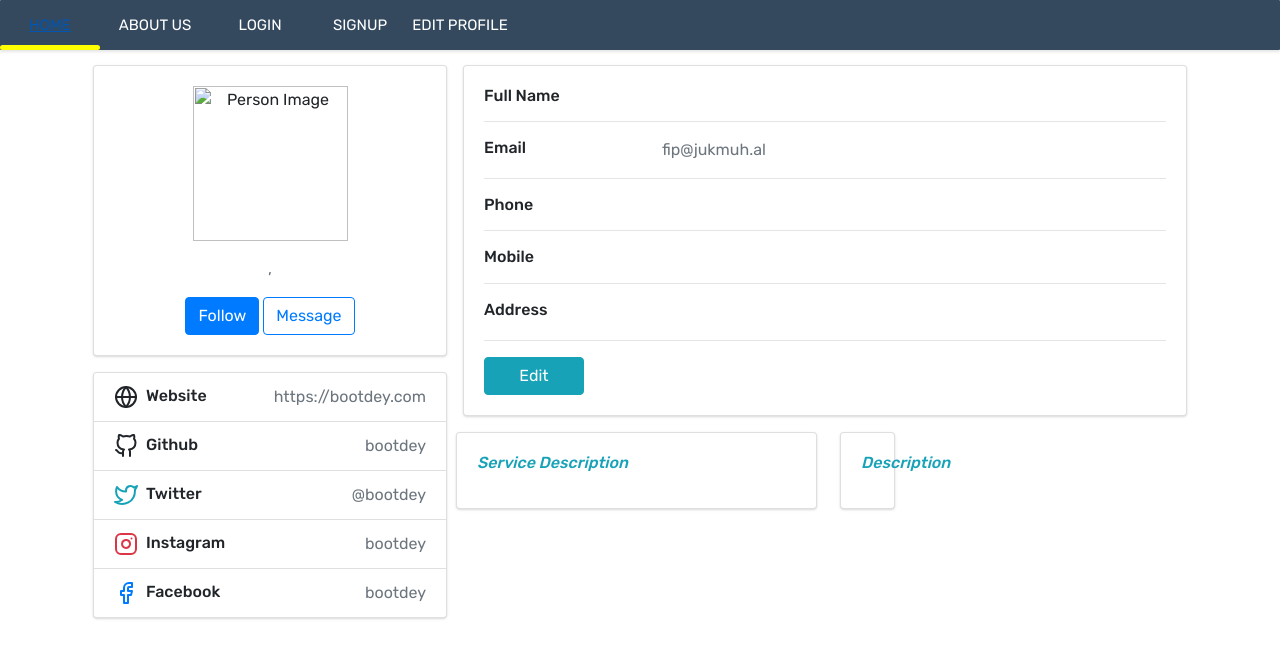
Repository: Chitti-g-k/Paw-Takers
Page: templates/profilepage.html
These files come from the project's save history. The page is drawn as it stood at one moment and after the next save; the edit follows.
The browser window is 1280 px wide. The pictures show the whole page.
The template is drawn by Django 4.2. The application's start-up code is not run. Other server files are loaded and not shown. The template is opened directly, without the code that normally fills it, so the values that code supplies are empty.

Above is the page before, as saved 2023-07-16 08:45:54.

### templates/profilepage.html
<html>
    <head>
        <meta name="viewport" content="width=device-width, initial-scale=1.0">
    <title>Profile Page</title>

    <style>
        @import url('https://fonts.googleapis.com/css?family=Rubik:300,400,500&display=swap');
        *{
            margin: 0;
            padding: 0;
            box-sizing: border-box;
            font-family:'Rubik',sans-serif;
        }
        body{
            display: flex;
            justify-content: center;
            align-self:center ;
            min-height: 100vh;
            background:  #808080;
        }

        nav{
        position: fixed; /* Change position to fixed */
        top: 0; /* Position it at the top */
        left: 0; /* Align it to the left */
        width: 100%; /* Make it full width */
        height: 50px;
        background: #34495e;
        border-radius: 1px;
        font-size: 0;
        box-shadow: 0 2px 3px 0 rgba(0,0,0,0.1);
        z-index: 100; /* Add a higher z-index to keep it above other elements */
    }

    /* Rest of the CSS styles remain the same */
    nav a {
        font-size: 15px;
        text-transform: uppercase;
        color: white;
        text-decoration: none;
        line-height: 50px;
        position: relative;
        z-index: 1;
        display: inline-block;
        text-align: center;
    }
    nav .animation {
        position: absolute;
        height: 5px;
        bottom: 0;
        z-index: 0;
        background: yellow;
        transition: all .5s ease 0s;
        border-radius: 8px;
    }
    a:nth-child(1) {
        width: 100px;
    }
    nav .start-home,a:nth-child(1):hover~.animation {
        width: 100px;
        left: 0;
    }
    a:nth-child(2) {
        width: 110px;
    }
    nav .start-about,a:nth-child(2):hover~.animation {
        width: 110px;
        left: 100px;
    }
    a:nth-child(3) {
        width: 100px;
    }
    nav .start-login,a:nth-child(3):hover~.animation {
        width: 100px;
        left: 210px;
    }
    a:nth-child(4) {
        width: 100px;
    }
    nav .start-signup,a:nth-child(4):hover~.animation {
        width: 160px;
        left: 250px;
    }
    a:nth-child(5) {
        width: 100px;
    }
    nav .start-signup,a:nth-child(5):hover~.animation {
        width: 160px;
        left: auto;
        right:0px;
    }

    h3{
        font-weight:300;
    }

    h5{
        font-weight:200;
    }

    </style>
    <link rel="stylesheet" href="https://cdnjs.cloudflare.com/ajax/libs/font-awesome/5.15.3/css/all.min.css" integrity="sha512-VRRNWyOP0SZCGkUFsm9Uf7PvF9ERBzv6JeMQ4oIhl2e9J7e3aOuf7Qf3RQt6AzomTsbqyj0F7I3NzcewDfSaxw==" crossorigin="anonymous" referrerpolicy="no-referrer" />

    </head>


<body>
    <nav>
        <a href="/display">Home</a>
        <a href="/">About Us</a>
        <a href="{% url 'account_login'%}">Login</a>
        <a href="{% url 'account_signup' %}">SignUp</a>
        <a href="{% url 'caretaker:profile-edit' profile.pk %}">Edit Profile</a>


        <div class="animation start-home"></div>

    </nav>
    <br>
    <br>
    <style>
        body{
            margin-top:20px;
            color: #1a202c;
            text-align: left;
            background-color: #e2e8f0;
        }
        .main-body {
            padding: 15px;
        }
        .card {
            box-shadow: 0 1px 3px 0 rgba(0,0,0,.1), 0 1px 2px 0 rgba(0,0,0,.06);
        }

        .card {
            position: relative;
            display: flex;
            flex-direction: column;
            min-width: 0;
            word-wrap: break-word;
            background-color: #fff;
            background-clip: border-box;
            border: 0 solid rgba(0,0,0,.125);
            border-radius: .25rem;
        }
        .container{
            margin-top:50px;
        }
        .card-body {
            flex: 1 1 auto;
            min-height: 1px;
            padding: 1rem;
        }

        .gutters-sm {
            margin-right: -8px;
            margin-left: -8px;
        }

        .gutters-sm>.col, .gutters-sm>[class*=col-] {
            padding-right: 8px;
            padding-left: 8px;
        }
        .mb-3, .my-3 {
            margin-bottom: 1rem!important;
        }

        .bg-gray-300 {
            background-color: #e2e8f0;
        }
        .h-100 {
            height: 100%!important;
        }
        .shadow-none {
            box-shadow: none!important;
        }
        .key-value {
            display: flex;
            justify-content: space-between;
            margin-bottom: 10px;
            font-family: "Helvetica Neue", Arial, sans-serif;
        }

        .key {
            font-weight: bolder;
            font-size: 13px;
            text-transform: uppercase;
            letter-spacing: 1px;
            color: #333;
        }
        .value{
            font-size: 11px;
            font-style: italic;
            color: #666;
        }
    </style>
    <body>
        <link rel="stylesheet" href="https://cdn.jsdelivr.net/npm/bootstrap@4.4.1/dist/css/bootstrap.min.css" integrity="sha384-Vkoo8x4CGsO3+Hhxv8T/Q5PaXtkKtu6ug5TOeNV6gBiFeWPGFN9MuhOf23Q9Ifjh" crossorigin="anonymous">
        <script src="https://code.jquery.com/jquery-3.4.1.slim.min.js" integrity="sha384-J6qa4849blE2+poT4WnyKhv5vZF5SrPo0iEjwBvKU7imGFAV0wwj1yYfoRSJoZ+n" crossorigin="anonymous"></script>
        <script src="https://cdn.jsdelivr.net/npm/popper.js@1.16.0/dist/umd/popper.min.js" integrity="sha384-Q6E9RHvbIyZFJoft+2mJbHaEWldlvI9IOYy5n3zV9zzTtmI3UksdQRVvoxMfooAo" crossorigin="anonymous"></script>
        <script src="https://cdn.jsdelivr.net/npm/bootstrap@4.4.1/dist/js/bootstrap.min.js" integrity="sha384-wfSDF2E50Y2D1uUdj0O3uMBJnjuUD4Ih7YwaYd1iqfktj0Uod8GCExl3Og8ifwB6" crossorigin="anonymous"></script>

        <div class="container">
            <div class="main-body">


                  <div class="row gutters-sm">
                    <div class="col-md-4 mb-3">
                      <div class="card">
                        <div class="card-body">
                          <div class="d-flex flex-column align-items-center text-center">
                            <img src="{{ profile.image.url }}" alt="Person Image" class="image" class="rounded" width="155px">
                            <div class="mt-3">
                                {% if profile.name %}
                        <h5 class="py-4">{{ profile.name }}
                    {% endif %}


                              <p class="text-muted font-size-sm">{{ profile.city }},{{ profile.state }}</p>
                              <button class="btn btn-primary">Follow</button>
                              <button class="btn btn-outline-primary">Message</button>
                            </div>
                          </div>
                        </div>
                      </div>
                      <div class="card mt-3">
                        <ul class="list-group list-group-flush">
                          <li class="list-group-item d-flex justify-content-between align-items-center flex-wrap">
                            <h6 class="mb-0"><svg xmlns="http://www.w3.org/2000/svg" width="24" height="24" viewBox="0 0 24 24" fill="none" stroke="currentColor" stroke-width="2" stroke-linecap="round" stroke-linejoin="round" class="feather feather-globe mr-2 icon-inline"><circle cx="12" cy="12" r="10"></circle><line x1="2" y1="12" x2="22" y2="12"></line><path d="M12 2a15.3 15.3 0 0 1 4 10 15.3 15.3 0 0 1-4 10 15.3 15.3 0 0 1-4-10 15.3 15.3 0 0 1 4-10z"></path></svg>Website</h6>
                            <span class="text-secondary">https://bootdey.com</span>
                          </li>
                          <li class="list-group-item d-flex justify-content-between align-items-center flex-wrap">
                            <h6 class="mb-0"><svg xmlns="http://www.w3.org/2000/svg" width="24" height="24" viewBox="0 0 24 24" fill="none" stroke="currentColor" stroke-width="2" stroke-linecap="round" stroke-linejoin="round" class="feather feather-github mr-2 icon-inline"><path d="M9 19c-5 1.5-5-2.5-7-3m14 6v-3.87a3.37 3.37 0 0 0-.94-2.61c3.14-.35 6.44-1.54 6.44-7A5.44 5.44 0 0 0 20 4.77 5.07 5.07 0 0 0 19.91 1S18.73.65 16 2.48a13.38 13.38 0 0 0-7 0C6.27.65 5.09 1 5.09 1A5.07 5.07 0 0 0 5 4.77a5.44 5.44 0 0 0-1.5 3.78c0 5.42 3.3 6.61 6.44 7A3.37 3.37 0 0 0 9 18.13V22"></path></svg>Github</h6>
                            <span class="text-secondary">bootdey</span>
                          </li>
                          <li class="list-group-item d-flex justify-content-between align-items-center flex-wrap">
                            <h6 class="mb-0"><svg xmlns="http://www.w3.org/2000/svg" width="24" height="24" viewBox="0 0 24 24" fill="none" stroke="currentColor" stroke-width="2" stroke-linecap="round" stroke-linejoin="round" class="feather feather-twitter mr-2 icon-inline text-info"><path d="M23 3a10.9 10.9 0 0 1-3.14 1.53 4.48 4.48 0 0 0-7.86 3v1A10.66 10.66 0 0 1 3 4s-4 9 5 13a11.64 11.64 0 0 1-7 2c9 5 20 0 20-11.5a4.5 4.5 0 0 0-.08-.83A7.72 7.72 0 0 0 23 3z"></path></svg>Twitter</h6>
                            <span class="text-secondary">@bootdey</span>
                          </li>
                          <li class="list-group-item d-flex justify-content-between align-items-center flex-wrap">
                            <h6 class="mb-0"><svg xmlns="http://www.w3.org/2000/svg" width="24" height="24" viewBox="0 0 24 24" fill="none" stroke="currentColor" stroke-width="2" stroke-linecap="round" stroke-linejoin="round" class="feather feather-instagram mr-2 icon-inline text-danger"><rect x="2" y="2" width="20" height="20" rx="5" ry="5"></rect><path d="M16 11.37A4 4 0 1 1 12.63 8 4 4 0 0 1 16 11.37z"></path><line x1="17.5" y1="6.5" x2="17.51" y2="6.5"></line></svg>Instagram</h6>
                            <span class="text-secondary">bootdey</span>
                          </li>
                          <li class="list-group-item d-flex justify-content-between align-items-center flex-wrap">
                            <h6 class="mb-0"><svg xmlns="http://www.w3.org/2000/svg" width="24" height="24" viewBox="0 0 24 24" fill="none" stroke="currentColor" stroke-width="2" stroke-linecap="round" stroke-linejoin="round" class="feather feather-facebook mr-2 icon-inline text-primary"><path d="M18 2h-3a5 5 0 0 0-5 5v3H7v4h3v8h4v-8h3l1-4h-4V7a1 1 0 0 1 1-1h3z"></path></svg>Facebook</h6>
                            <span class="text-secondary">bootdey</span>
                          </li>
                        </ul>
                      </div>
                    </div>
                    <div class="col-md-8">
                      <div class="card mb-3">
                        <div class="card-body">
                          <div class="row">
                            <div class="col-sm-3">
                              <h6 class="mb-0">Full Name</h6>
                            </div>
                            <div class="col-sm-9 text-secondary">
                                {% if profile.name %}
                                {{ profile.name }}
                            {% endif %}
                            </div>
                          </div>
                          <hr>
                          <div class="row">
                            <div class="col-sm-3">
                              <h6 class="mb-0">Email</h6>
                            </div>
                            <div class="col-sm-9 text-secondary">
                              fip@jukmuh.al
                            </div>
                          </div>
                          <hr>
                          <div class="row">
                            <div class="col-sm-3">
                              <h6 class="mb-0">Phone</h6>
                            </div>
                            <div class="col-sm-9 text-secondary">
                                {{ profile.phone_number }}
                            </div>
                          </div>
                          <hr>
                          <div class="row">
                            <div class="col-sm-3">
                              <h6 class="mb-0">Mobile</h6>
                            </div>
                            <div class="col-sm-9 text-secondary">
                                {{ profile.backup_phonenumber }}
                            </div>
                          </div>
                          <hr>
                          <div class="row">
                            <div class="col-sm-3">
                              <h6 class="mb-0">Address</h6>
                            </div>
                            <div class="col-sm-9 text-secondary">
                                {{ profile.first_line }}<br>{{ profile.second_line }}
                            </div>
                          </div>
                          <hr>
                          <div class="row">
                            <div class="col-sm-12">
                              <a class="btn btn-info " target="__blank" href="https://www.bootdey.com/snippets/view/profile-edit-data-and-skills">Edit</a>
                            </div>
                          </div>
                        </div>
                      </div>

                      <div class="row gutters-sm">
                        <div class="col-sm-6 mb-3">
                          <div class="card h-100">
                            <div class="card-body">
                              <h6 class="d-flex align-items-center mb-3"><i class="material-icons text-info mr-2">Service Description</h6>
                              {% for service_description in service_descriptions %}
                              <div class="container-service">
                                <div class="key-value">
                                    <span class="key">{{ service_description.service.name }}</span>
                                    <span class="value">INR{{ service_description.price }}</span>
                                </div>
                            </div>
                            {% endfor %}
                            </div>
                          </div>
                        </div>

                        <div class="col-sm-6 mb-3" style="width: 200%;">
                            <div class="card h-200">
                              <div class="card-body" style="width: 200%;">
                                <h6 class="d-flex align-items-center mb-3"><i class="material-icons text-info mr-2">Description</i></h6>
                                {{profile.description}}
                              </div>
                            </div>
                          </div>



                    </div>
                  </div>

                </div>
            </div>
    </body>
</html>

After the next save:
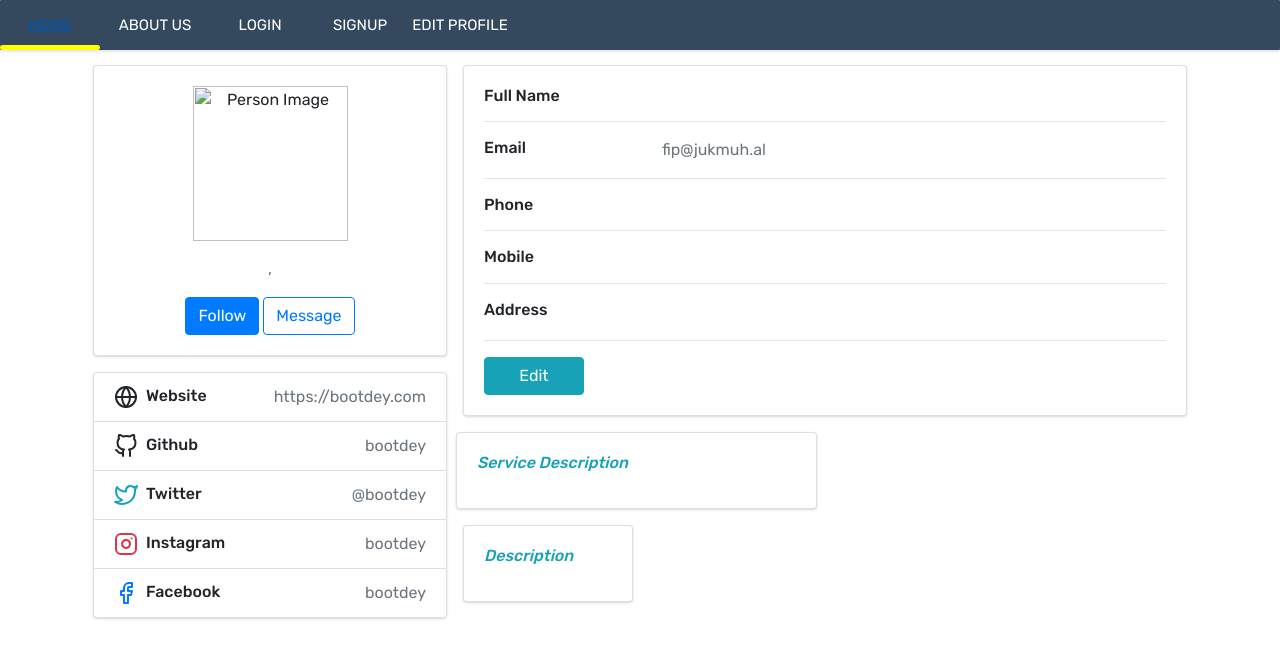
Saved 82 s later.
--- a/templates/profilepage.html
+++ b/templates/profilepage.html
@@ -323,9 +323,9 @@
                           </div>
                         </div>
 
-                        <div class="col-sm-6 mb-3" style="width: 200%;">
+                        <div class="col-sm-6 mb-3" style="width: 400px;">
                             <div class="card h-200">
-                              <div class="card-body" style="width: 200%;">
+                              <div class="card-body" >
                                 <h6 class="d-flex align-items-center mb-3"><i class="material-icons text-info mr-2">Description</i></h6>
                                 {{profile.description}}
                               </div>
